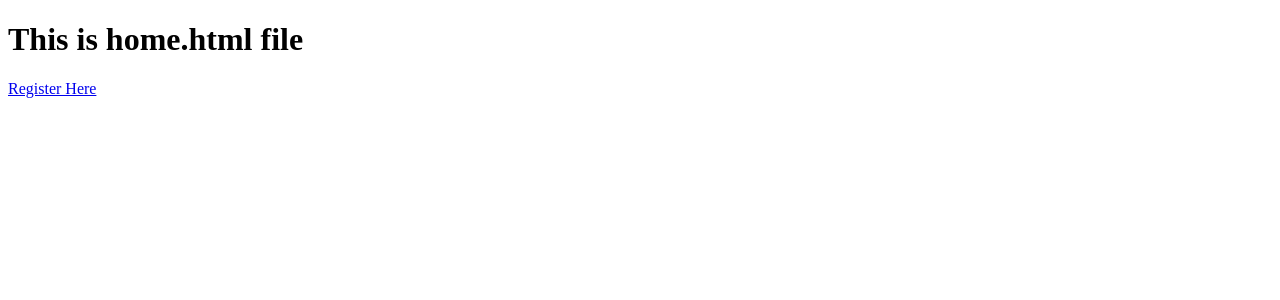
Repository: riddhiwho/Eclipse-Projects
Page: PracticeForm/src/main/webapp/home.html
An editor plug-in stored every save of this project. The page is shown before and after the next save, followed by the edit.
The browser window is 1280 px wide. The pictures show the whole page.

Above is the page before, as saved 2021-06-04 04:10:02.

After the next save:
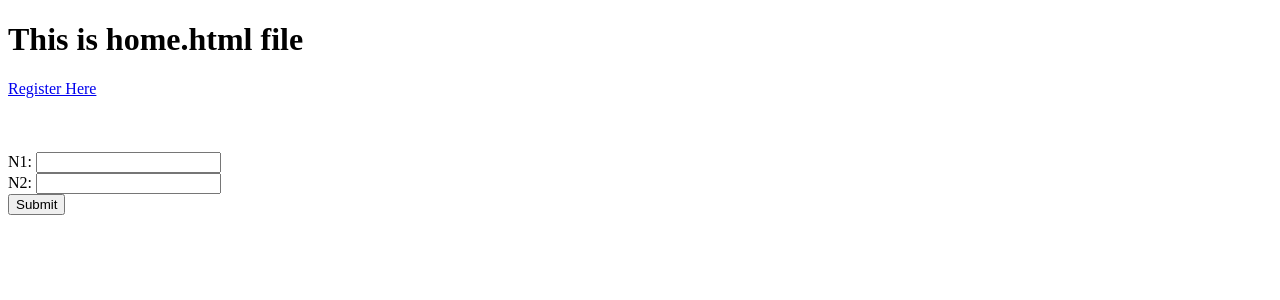
Saved 105 min 20 s later.
--- a/PracticeForm/src/main/webapp/home.html
+++ b/PracticeForm/src/main/webapp/home.html
@@ -7,5 +7,18 @@
 <body>
 	<h1>This is home.html file</h1>
 	<a href="index.html">Register Here</a>
+	<br>
+	<br>
+	<br>
+	<br>
+
+	<form action="s1">
+		N1: <input type="number" name="n1">
+		<br>
+		N2: <input type="number" name="n2">
+		<br>
+		<button type="submit">Submit</button>
+ 	</form>
+
 </body>
 </html>
